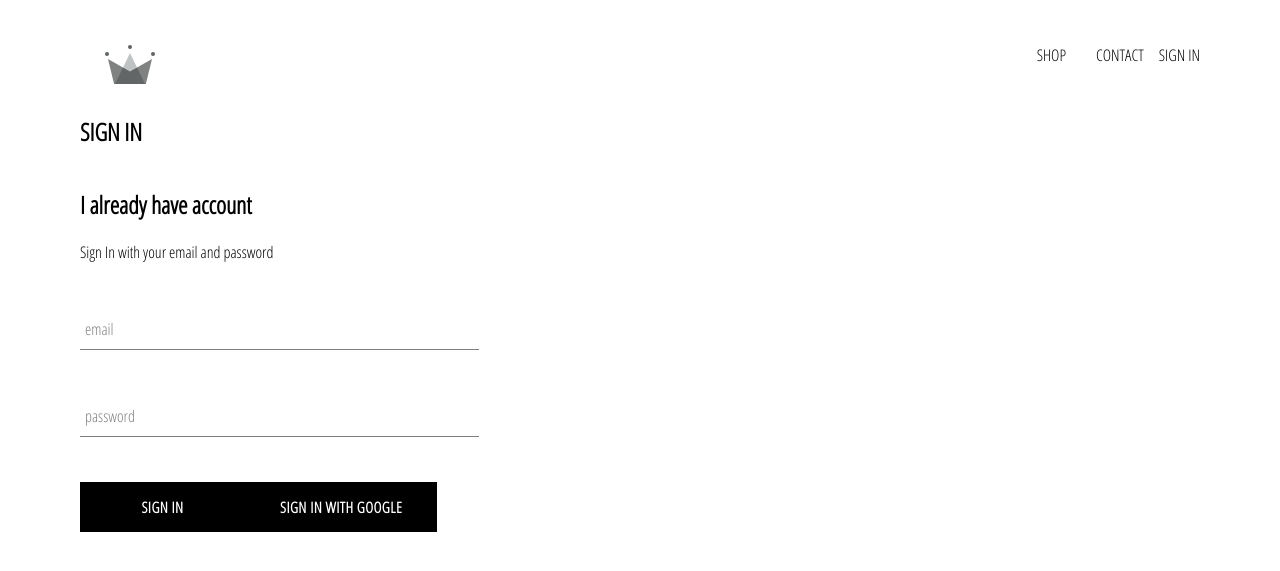
Repository: vijayarangan-s/crwn-clothing
Page: /signin
The author's editor kept a copy of each file at every save. The page is drawn from the files as they stood at one save, then again after the next save.
The browser window is 1280 px wide. The pictures show the whole page.
The project was rebuilt for these pictures with package versions that can differ from the ones it lists, and the page was loaded fresh each time. Also part of the build but not shown: src/components/Menu-item/MenuItem.style.scss, src/components/Menu-item/MenuItem.js, src/components/Directory/Directory.js, src/components/Pages/HomePage/homepage.style.scss, src/components/Pages/HomePage/HomePage.js, src/components/Collection-Item/Collection-Item.styles.scss, src/components/Collection-Item/Collection-Item.component.jsx, src/components/Collection-Preview/Collection-Preview.styles.scss and 4 more.

Above is the page before, as saved 2021-09-19 19:15:45.

After the next save:
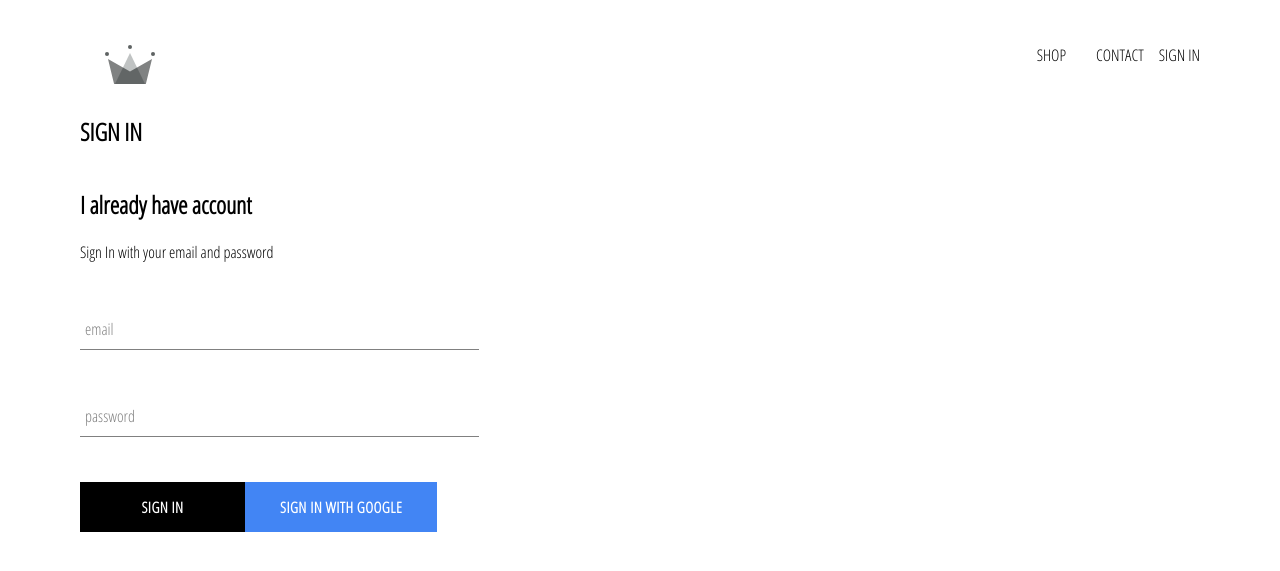
Saved 13 s later.
--- a/src/components/SignIn/SignIn.component.jsx
+++ b/src/components/SignIn/SignIn.component.jsx
@@ -53,7 +53,7 @@ class SignIn extends Component {
                         required/>
 
                      <CustomButton type="submit"> Sign In</CustomButton>
-                     <CustomButton onClick={signInWithGoogle}> Sign In With Google</CustomButton>
+                     <CustomButton onClick={signInWithGoogle} isGoogleSignIn> Sign In With Google</CustomButton>
                 </form>
             </div>
         )
